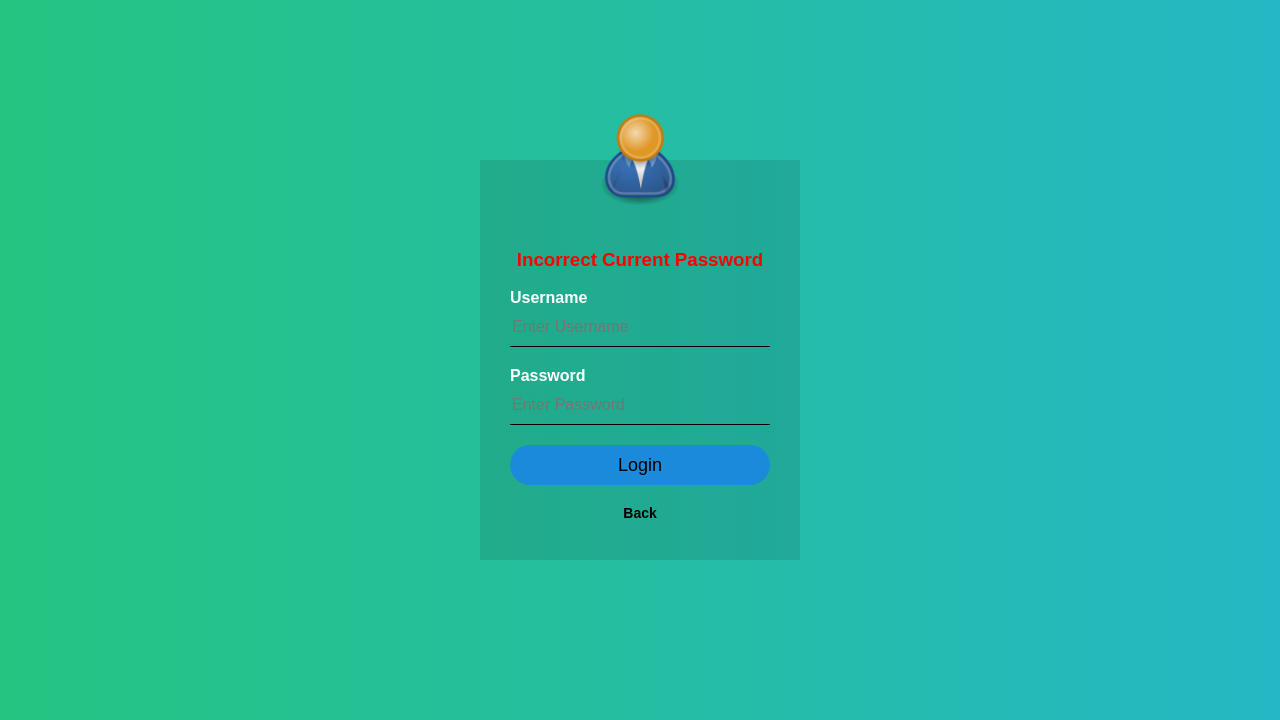
Repository: AlkaDas991/Dbms
Page: Student Record Management/WebContent/success.html
An editor plug-in stored every save of this project. The page is shown before and after the next save, followed by the edit.
The browser window is 1280 px wide. The pictures show the whole page.

Above is the page before, as saved 2021-03-12 19:40:41.

After the next save:
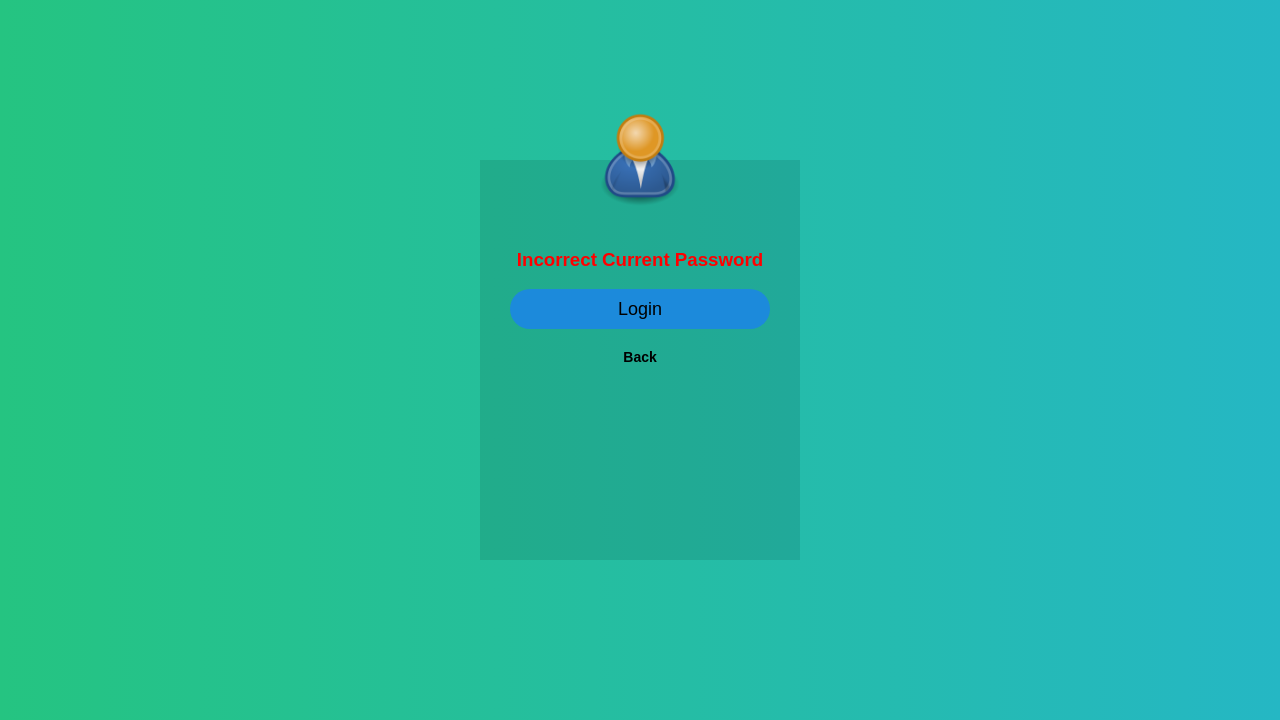
Saved 46 s later.
--- a/Student Record Management/WebContent/success.html
+++ b/Student Record Management/WebContent/success.html
@@ -11,17 +11,12 @@ color:red;
 }</style>
 </head>
 <body>
-    <form method="post" action="adminLogin">
     <div class="login-box">
     <img src="user.png" class="avatar">
         <h3><center>Incorrect Current Password</center></h3>
-            <p>Username</p>
-            <input type="text" name="username" placeholder="Enter Username" required="required">
-            <p>Password</p>
-            <input type="password" name="password" placeholder="Enter Password" required="required">
             <input type="submit" name="submit" value="Login">
             </form>
-              <center><h1><a href="index.html">Back</a></h1></center>
+              <center><h1><a href="studentHome.jsp">Back</a></h1></center>
         </div>
     </body>
 </html>
